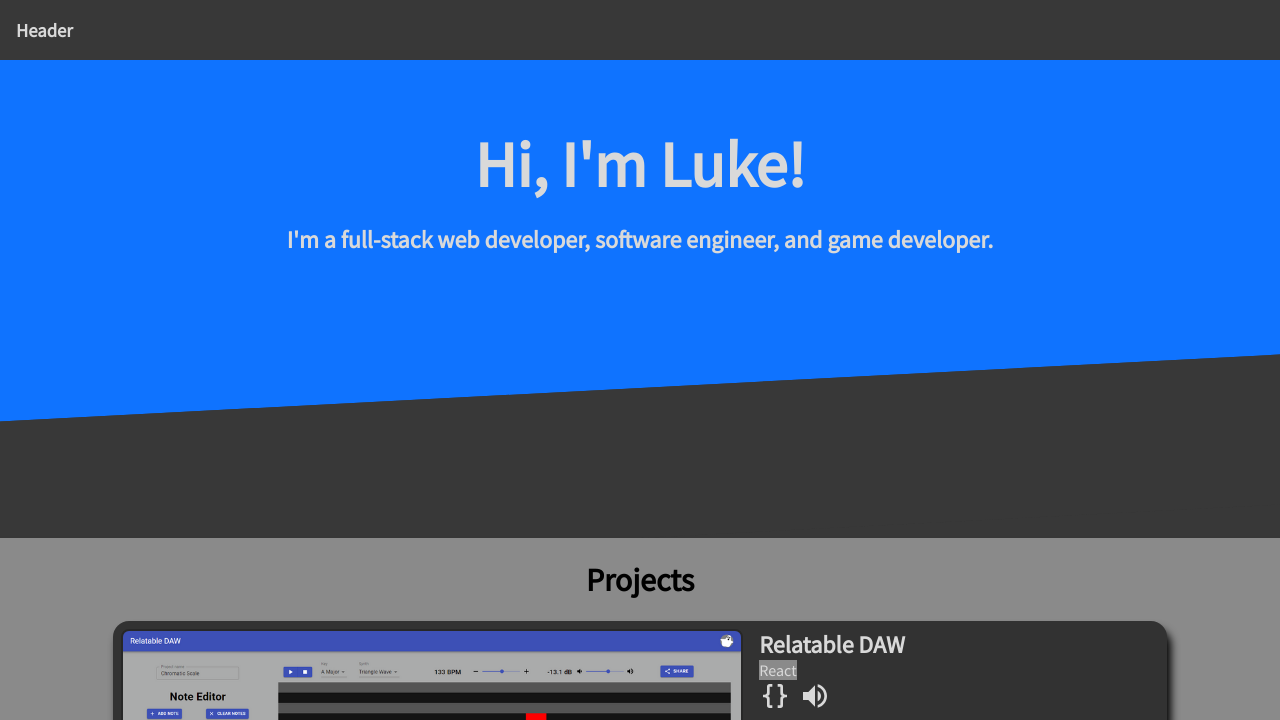
Repository: lbodwell/Personal-Website
Page: index.html
These files come from the project's save history. The page is drawn as it stood at one moment and after the next save; the edit follows.
The browser window is 1280 px wide. The pictures show the whole page.
An inner scrolling area shows only its first screen.

Above is the page before, as saved 2022-04-04 19:33:30.

### index.html
<!DOCTYPE html>
<html lang="en">
    <head>
        <meta charset="UTF-8">
        <meta http-equiv="X-UA-Compatible" content="IE=edge">
        <meta name="viewport" content="width=device-width, initial-scale=1.0">
        <title>Luke Bodwell</title>
        <script type="text/javascript" src="script.js" defer></script>
        <link rel="stylesheet" href="styles.css">
    </head>
    <body>
        <header>
            <h3>Header</h3>
        </header>
        <content>
            <div class="intro">
                <h1>Hi, I'm Luke!</h1>
                <h2>I'm a full-stack web developer, software engineer, and game developer.</h2>
            </div>
            <div class="projects-container">
                <h1>Projects</h1>
                <div class="projects">
                    <div class="project project-img-left">
                        <div class="project-image">
                            <img src="images/relatable-daw.png"></img>
                        </div>
                        <div class="project-info">
                            <div class="project-title">
                                <h2>Relatable DAW</h2>
                                <div class="project-tags">
                                    <div class="project-tag">
                                        <p>React</p>
                                    </div>
                                </div>
                                <div class="project-types">
                                    <!-- Code icon -->
                                    <svg style="width:32px;height:32px" viewBox="0 0 24 24">
                                        <path fill="currentColor" d="M8,3A2,2 0 0,0 6,5V9A2,2 0 0,1 4,11H3V13H4A2,2 0 0,1 6,15V19A2,2 0 0,0 8,21H10V19H8V14A2,2 0 0,0 6,12A2,2 0 0,0 8,10V5H10V3M16,3A2,2 0 0,1 18,5V9A2,2 0 0,0 20,11H21V13H20A2,2 0 0,0 18,15V19A2,2 0 0,1 16,21H14V19H16V14A2,2 0 0,1 18,12A2,2 0 0,1 16,10V5H14V3H16Z" />
                                    </svg>
                                    <!-- Audio icon -->
                                    <svg style="width:32px;height:32px" viewBox="0 0 24 24">
                                        <path fill="currentColor" d="M14,3.23V5.29C16.89,6.15 19,8.83 19,12C19,15.17 16.89,17.84 14,18.7V20.77C18,19.86 21,16.28 21,12C21,7.72 18,4.14 14,3.23M16.5,12C16.5,10.23 15.5,8.71 14,7.97V16C15.5,15.29 16.5,13.76 16.5,12M3,9V15H7L12,20V4L7,9H3Z" />
                                    </svg>
                                </div>
                            </div>
                            <p>Project description goes here. Lorem ipsum dolor sit amet consectetur adipisicing elit. Maxime mollitia,
                                molestiae quas vel sint commodi repudiandae consequuntur voluptatum laborum
                                numquam blanditiis harum quisquam eius sed odit fugiat iusto fuga praesentium
                                optio, eaque rerum! Provident similique accusantium nemo autem.</p>
                            <div class="project-links">
                                <a class="btn" id="btn-demo-proj1" href="https://relatable-daw.com" target="_blank">Live Demo</a>
                                <a class="btn" id="btn-video-proj1" href="https://drive.google.com/file/d/1R21yoplPYTj6aw2hVH3COGZ260A-Z0TO/view" target="_blank">Video</a>
                                <a class="btn" id="btn-code-proj1" href="https://github.com/lbodwell/Relatable-DAW" target="_blank">Code</a>
                            </div>
                        </div>
                    </div>
                    <div class="project project-img-right">
                        <div class="project-info">
                            <div class="project-title">
                                <h2>GeoBlade</h2>
                                <div class="project-types">
                                    <!-- Code icon -->
                                    <svg style="width:32px;height:32px" viewBox="0 0 24 24">
                                        <path fill="currentColor" d="M8,3A2,2 0 0,0 6,5V9A2,2 0 0,1 4,11H3V13H4A2,2 0 0,1 6,15V19A2,2 0 0,0 8,21H10V19H8V14A2,2 0 0,0 6,12A2,2 0 0,0 8,10V5H10V3M16,3A2,2 0 0,1 18,5V9A2,2 0 0,0 20,11H21V13H20A2,2 0 0,0 18,15V19A2,2 0 0,1 16,21H14V19H16V14A2,2 0 0,1 18,12A2,2 0 0,1 16,10V5H14V3H16Z" />
                                    </svg>
                                    <!-- Game icon -->
                                    <svg style="width:32px;height:32px" viewBox="0 0 24 24">
                                        <path fill="currentColor" d="M7.97,16L5,19C4.67,19.3 4.23,19.5 3.75,19.5A1.75,1.75 0 0,1 2,17.75V17.5L3,10.12C3.21,7.81 5.14,6 7.5,6H16.5C18.86,6 20.79,7.81 21,10.12L22,17.5V17.75A1.75,1.75 0 0,1 20.25,19.5C19.77,19.5 19.33,19.3 19,19L16.03,16H7.97M7,8V10H5V11H7V13H8V11H10V10H8V8H7M16.5,8A0.75,0.75 0 0,0 15.75,8.75A0.75,0.75 0 0,0 16.5,9.5A0.75,0.75 0 0,0 17.25,8.75A0.75,0.75 0 0,0 16.5,8M14.75,9.75A0.75,0.75 0 0,0 14,10.5A0.75,0.75 0 0,0 14.75,11.25A0.75,0.75 0 0,0 15.5,10.5A0.75,0.75 0 0,0 14.75,9.75M18.25,9.75A0.75,0.75 0 0,0 17.5,10.5A0.75,0.75 0 0,0 18.25,11.25A0.75,0.75 0 0,0 19,10.5A0.75,0.75 0 0,0 18.25,9.75M16.5,11.5A0.75,0.75 0 0,0 15.75,12.25A0.75,0.75 0 0,0 16.5,13A0.75,0.75 0 0,0 17.25,12.25A0.75,0.75 0 0,0 16.5,11.5Z" />
                                    </svg>
                                    <!-- Audio icon -->
                                    <svg style="width:32px;height:32px" viewBox="0 0 24 24">
                                        <path fill="currentColor" d="M14,3.23V5.29C16.89,6.15 19,8.83 19,12C19,15.17 16.89,17.84 14,18.7V20.77C18,19.86 21,16.28 21,12C21,7.72 18,4.14 14,3.23M16.5,12C16.5,10.23 15.5,8.71 14,7.97V16C15.5,15.29 16.5,13.76 16.5,12M3,9V15H7L12,20V4L7,9H3Z" />
                                    </svg>
                                </div>
                            </div>
                            <p>Project description goes here. Lorem ipsum dolor sit amet consectetur adipisicing elit. Maxime mollitia,
                                molestiae quas vel sint commodi repudiandae consequuntur voluptatum laborum
                                numquam blanditiis harum quisquam eius sed odit fugiat iusto fuga praesentium
                                optio, eaque rerum! Provident similique accusantium nemo autem.</h>
                            <div class="project-links">
                                <a class="btn" id="btn-download-proj2">Download</a>
                                <a class="btn" id="btn-video-proj2">Video</a>
                                <a class="btn" id="btn-code-proj2">Code</a>
                            </div>
                        </div>
                        <div class="project-image">
                            <img src="images/relatable-daw.png"></img>
                        </div>
                    </div>
                    <div class="project project-img-left">
                        <div class="project-image">
                            <img src="images/relatable-daw.png"></img>
                        </div>
                        <div class="project-info">
                            <div class="project-title">
                                <h2>Example project 3</h2>
                                <div class="project-types">
                                    <!-- Code icon -->
                                    <svg style="width:32px;height:32px" viewBox="0 0 24 24">
                                        <path fill="currentColor" d="M8,3A2,2 0 0,0 6,5V9A2,2 0 0,1 4,11H3V13H4A2,2 0 0,1 6,15V19A2,2 0 0,0 8,21H10V19H8V14A2,2 0 0,0 6,12A2,2 0 0,0 8,10V5H10V3M16,3A2,2 0 0,1 18,5V9A2,2 0 0,0 20,11H21V13H20A2,2 0 0,0 18,15V19A2,2 0 0,1 16,21H14V19H16V14A2,2 0 0,1 18,12A2,2 0 0,1 16,10V5H14V3H16Z" />
                                    </svg>
                                </div>
                            </div>
                            <p>Project description goes here. Lorem ipsum dolor sit amet consectetur adipisicing elit. Maxime mollitia,
                                molestiae quas vel sint commodi repudiandae consequuntur voluptatum laborum
                                numquam blanditiis harum quisquam eius sed odit fugiat iusto fuga praesentium
                                optio, eaque rerum! Provident similique accusantium nemo autem.</h>
                            <div class="project-links">
                                <a class="btn" id="btn-demo-proj3">Live Demo</a>
                                <a class="btn" id="btn-video-proj3">Video</a>
                                <a class="btn" id="btn-code-proj3">Code</a>
                            </div>
                        </div>
                    </div>
                </div>
                <a id="see-more-projects" href="#">See more</a>
            </div>
            <div class="skills">
                <h1>Skills</h1>
                <div class="skills">
                </div>
            </div>
        </content>
        <footer>
            <h3>Footer</h5>
        </footer>
    </body>
</html>

### styles.css
@import url("https://fonts.googleapis.com/css2?family=Source+Sans+Pro&display=swap");

html {
    font-family: "Source Sans Pro", sans-serif;
    background-color: #383838;
}

html, body {
    width: 100%;
    height: 100%;
    margin: 0;
    max-width: 100%;
    overflow-x: hidden;
}

h2, h3, h4, h5, h6, p, svg {
    color: rgb(217, 217, 217);
}

header {
    margin-left: 1rem;
}

content {
    display: flex;
    flex-direction: column;
    align-items: center;
}

.intro {
    color: rgb(217, 217, 217);
    position: relative;
    text-align: center;
    background-color: #0f73ff;
    padding: 4rem;
    width: 100%;
    height: 250px;
    margin-bottom: 100px;
}

.intro > h1 {
    font-size: 64px;
    margin: 0;
}

.intro::before, .intro::after {
    content: "";
    position: absolute;
    height: 150px;
    bottom: -100px;
    right: 0;
    left: 0;
    background: #383838;
    transform: skewY(-3deg);
}

.projects-container {
    text-align: center;
    background-color: rgb(138, 138, 138);
    padding: 0 64rem 2rem 64rem;
    filter: drop-shadow(4px 8px 4px black);
}

.projects {
    display: grid;
    grid-template-columns: 1fr;
}

.project {
    display: flex;
    gap: 16px;
    width: auto;
    height: 300px;
    margin-bottom: 1rem;
    padding: 0.5rem;
    background-color: #323232;
    border-radius: 16px;
    filter: drop-shadow(4px 8px 4px black);
}

.project-info {
    display: flex;
    flex-direction: column;
    width: 400px;
    border:
}

.project-img-left > .project-info {
    align-items: flex-start;
    text-align: left;
}

.project-img-right > .project-info {
    align-items: flex-end;
    text-align: right;
}

.project-title {
    display: flex;
    flex-direction: column;
    align-items: flex-start;
}

.project-title > h2 {
    margin: 0;
}

.project-types {
    display: flex;
    flex-direction: row;
    gap: 8px;
}

.project-tags {
    display: grid;
    grid-template-columns: repeat(4, 1fr);
}

.project-tag > p {
    margin: 0;
    background-color: #8a8a8a;
}

.project-img-left .project-types {
    justify-content: flex-start;
}

.project-img-right .project-types {
    justify-content: flex-end;
}

.project-links {
    display: flex;
    flex-direction: row;
    gap: 4px;
}

.btn {
    font-weight: bolder;
    background-color: #0f73ff;
    color: rgb(217, 217, 217);
    border-radius: 8px;
    filter: drop-shadow(2px 4px 2px black);
    padding: 0.25rem 1rem;
    border: none;
    text-decoration: none;
}

.btn:hover {
    background-color: #0c4eac;
    cursor: pointer;
}

.project img {
    width: auto;
    height: 100%;
    border: 2px solid #272727;
    border-radius: 8px;
}

footer {
    margin: 1rem;
}

Loaded but not shown: script.js (common file)

After the next save:
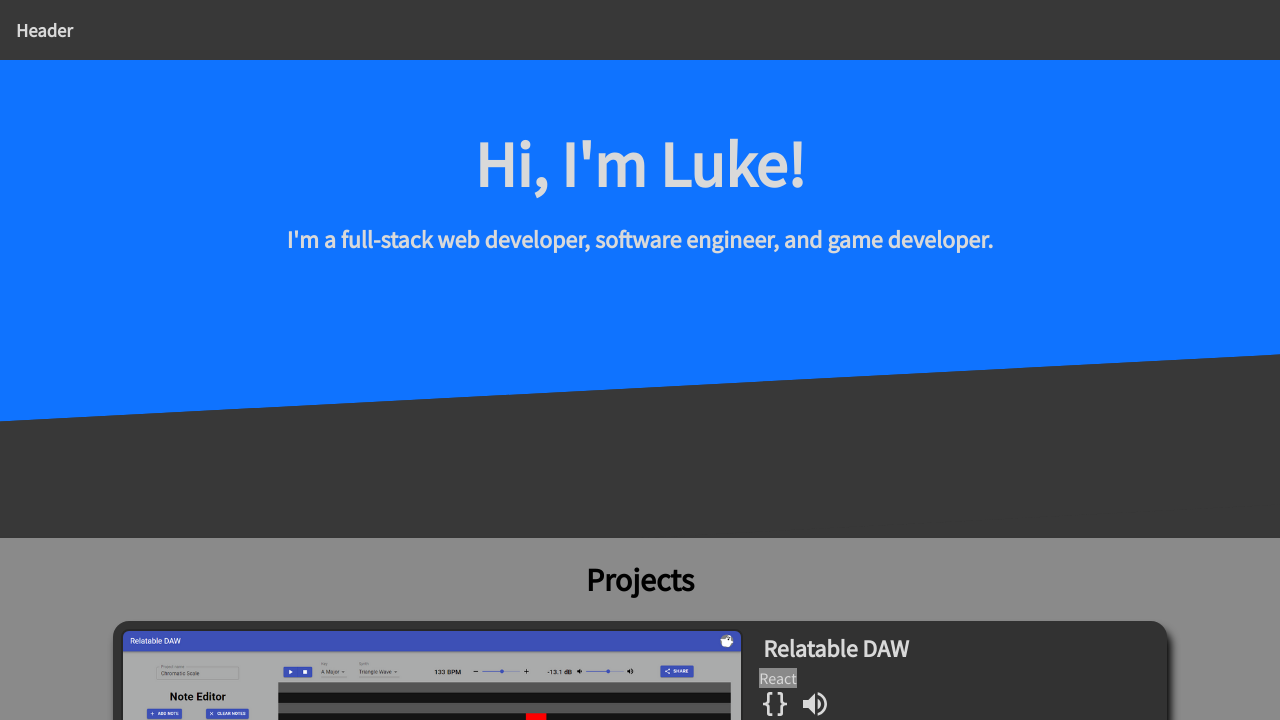
Saved 5 s later.
--- a/styles.css
+++ b/styles.css
@@ -102,7 +102,7 @@ content {
 }
 
 .project-title > h2 {
-    margin: 0;
+    margin: 4px;
 }
 
 .project-types {
